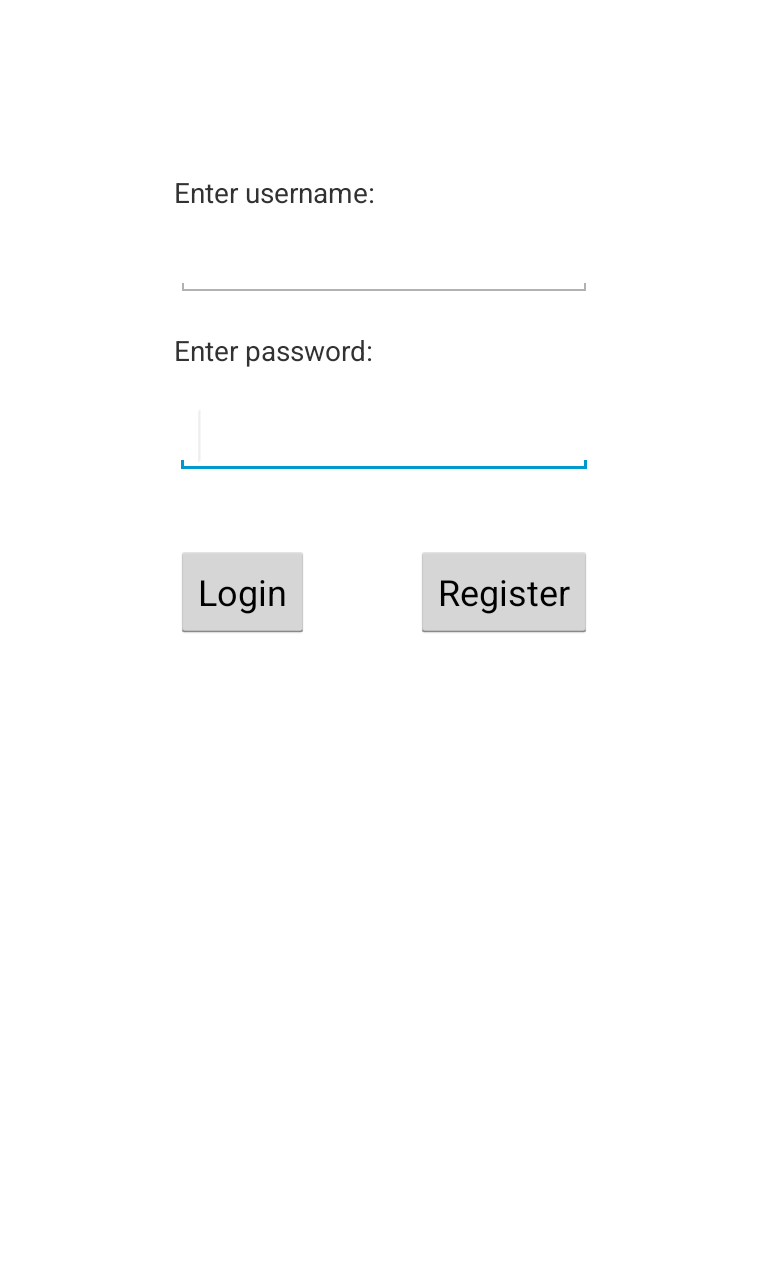
Repository: Codlex/JSMS
Layout: AndroidClient/res/layout/activity_main.xml
The author's editor kept a copy of each file at every save. The layout is drawn from the files as they stood at one save, then again after the next save.
It is drawn on a 768 x 1280 px phone screen (xhdpi) without system bars, with theme AppTheme; the app's code is not run.

Above is the layout before, as saved 2013-01-04 14:43:21.

After the next save:
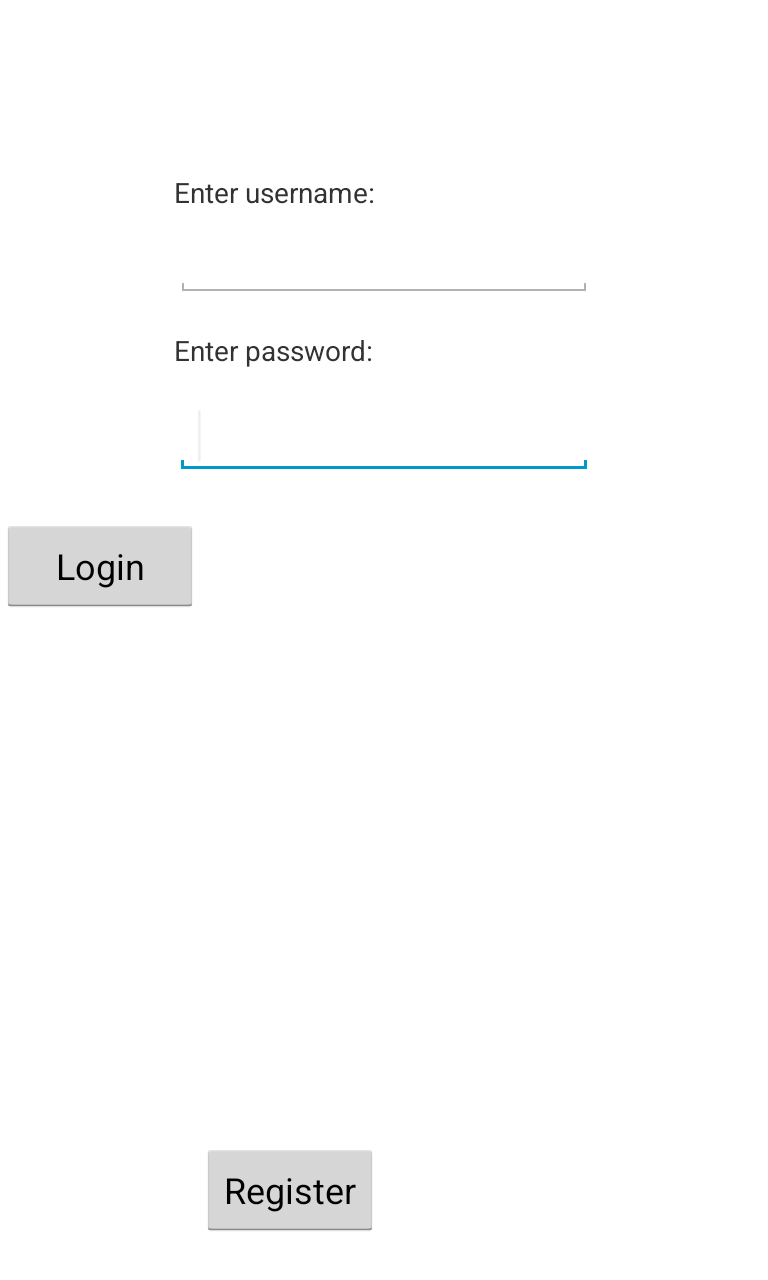
Saved 2 min 33 s later.
--- a/AndroidClient/res/layout/activity_main.xml
+++ b/AndroidClient/res/layout/activity_main.xml
@@ -47,21 +47,20 @@
     </EditText>
 
     <Button
-        android:id="@+id/button1"
-        android:layout_width="wrap_content"
-        android:layout_height="wrap_content"
-        android:layout_alignLeft="@+id/password"
-        android:layout_below="@+id/password"
-        android:layout_marginTop="34dp"
-        android:text="@string/login" />
-
-    <Button
         android:id="@+id/button2"
         android:layout_width="wrap_content"
         android:layout_height="wrap_content"
-        android:layout_alignBaseline="@+id/button1"
-        android:layout_alignBottom="@+id/button1"
-        android:layout_alignRight="@+id/username"
+        android:layout_alignParentBottom="true"
+        android:layout_marginBottom="21dp"
+        android:layout_toRightOf="@+id/button1"
         android:text="@string/register" />
 
+    <Button
+        android:id="@+id/button1"
+        android:layout_width="100dp"
+        android:layout_height="wrap_content"
+        android:layout_below="@+id/password"
+        android:layout_marginTop="21dp"
+        android:text="@string/login" />
+
 </RelativeLayout>
